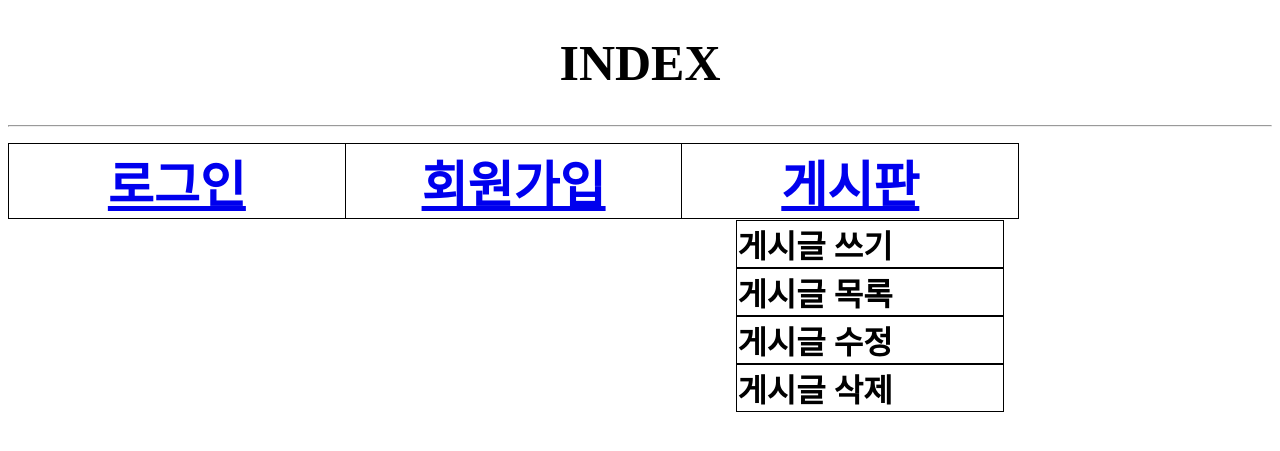
Repository: jeonghyunseok/GMSUI
Page: GMSUI/WebContent/index.html
An editor plug-in stored every save of this project. The page is shown before and after the next save, followed by the edit.
The browser window is 1280 px wide. The pictures show the whole page.

Above is the page before, as saved 2017-07-19 07:47:55.

### GMSUI/WebContent/index.html
<!DOCTYPE html>
<html>
<head>
<meta charset="UTF-8">
<title>Hello HTML</title>
<style>
.text-center{font-size:50px; text-align:center;}
.border-black{border: 1px solid black;}
.width-30pro{width:30%;}
.text-deconone{text-decoration: none}
</style>
</head>
<body>
<div id="wrapper" style="width:100%;">
<h1 class="text-center">INDEX<h1>
	<hr/>

	<table style="width: 80%; border-collapse: collapse;">
		<tr>
			<td class="border-black text-center width-30pro">
			<a href="member/login.html" class=".text-deconone">로그인</a></td>
			<td class="border-black text-center width-30pro">
			<a href="member/login.html" class=".text-deconone">회원가입</a></td>
			<td class="border-black text-center width-30pro">
			<a href="board/board_list.html" class=".text-deconone": none">게시판</a></td>
		</tr>
		<tr>
			<td></td>
			<td></td>
			<td>
				 <ul style="list-style-type:none;width: 80%;margin:0 auto">
				 	<li style="border: 1px solid black;">게시글 쓰기</li>
				 	<li style="border: 1px solid black;">게시글 목록</li>
				 	<li style="border: 1px solid black;">게시글 수정</li>
				 	<li style="border: 1px solid black;">게시글 삭제</li>
				 </ul>
			</td>
		</tr>
	</table>
	</div>
</body>
</html>

After the next save:
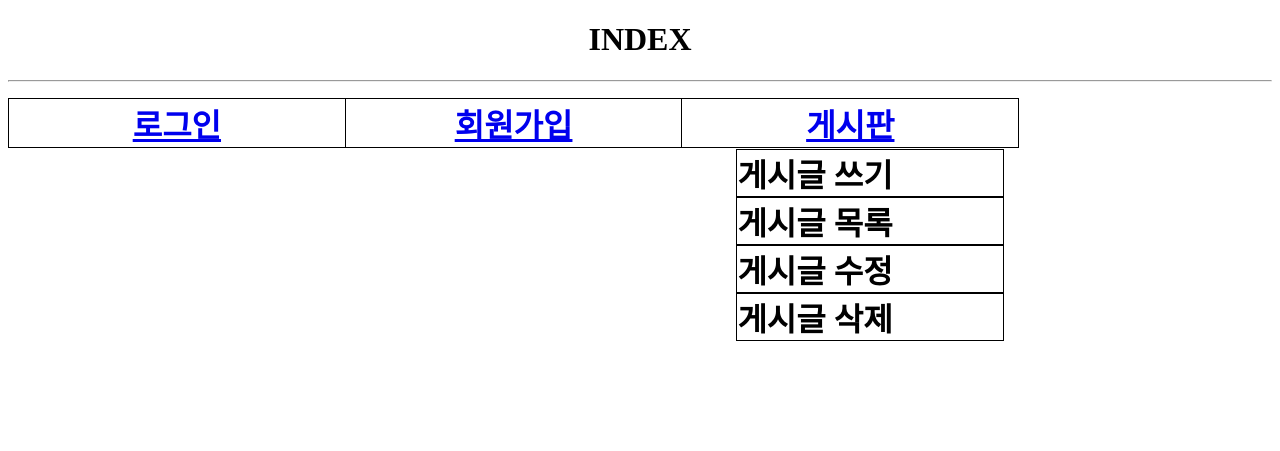
Saved 13 s later.
--- a/GMSUI/WebContent/index.html
+++ b/GMSUI/WebContent/index.html
@@ -4,7 +4,7 @@
 <meta charset="UTF-8">
 <title>Hello HTML</title>
 <style>
-.text-center{font-size:50px; text-align:center;}
+.text-center{text-align:center;}
 .border-black{border: 1px solid black;}
 .width-30pro{width:30%;}
 .text-deconone{text-decoration: none}
